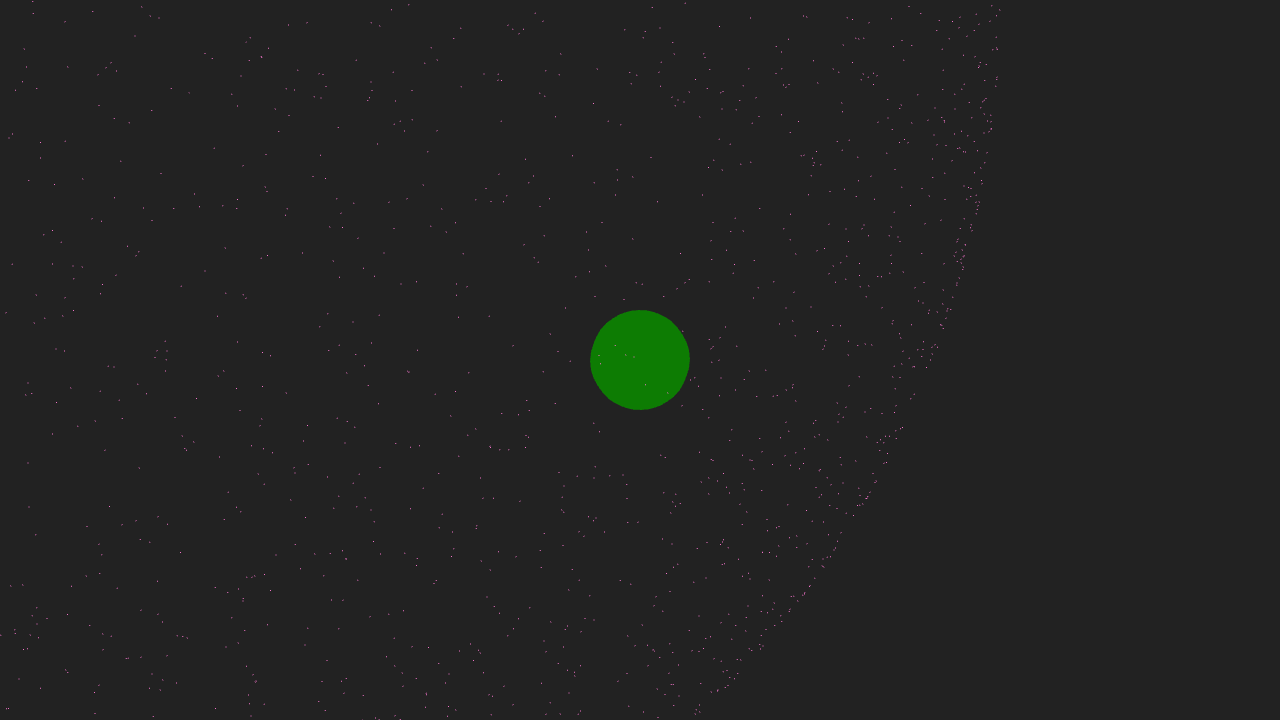
Repository: ZakariaZhlat125/multiple3dWindow
Page: index.html
An editor plug-in stored every save of this project. The page is shown before and after the next save, followed by the edit.
The browser window is 1280 px wide. The pictures show the whole page.

Above is the page before, as saved 2023-12-03 22:36:55.

After the next save:
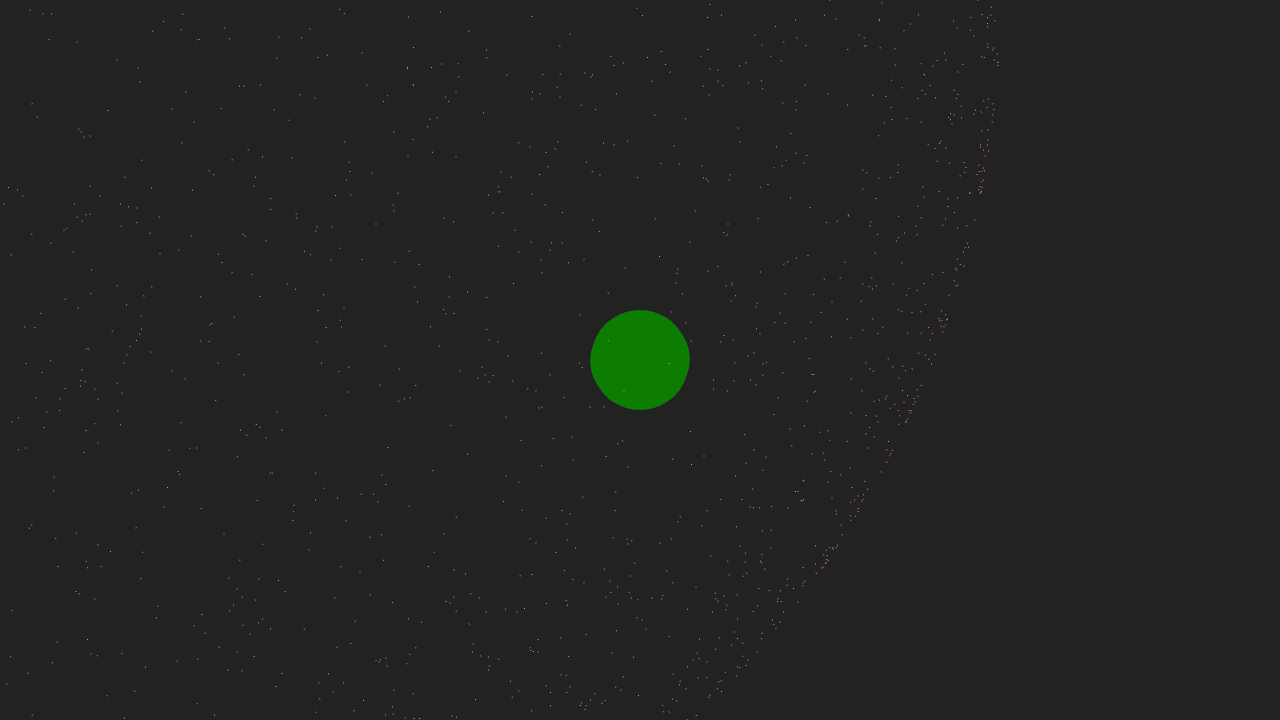
Saved 47 s later.
--- a/main.js
+++ b/main.js
@@ -169,7 +169,8 @@ if (new URLSearchParams(window.location.search).get("clear")) {
       ball.rotation.x = _t * 0.5;
       ball.rotation.y = _t * 0.3;
     }
-
+	starsGroup.rotation.x -= 0.005;
+	starsGroup.rotation.y -= 0.008;
     renderer.render(scene, camera);
     requestAnimationFrame(render);
   }
